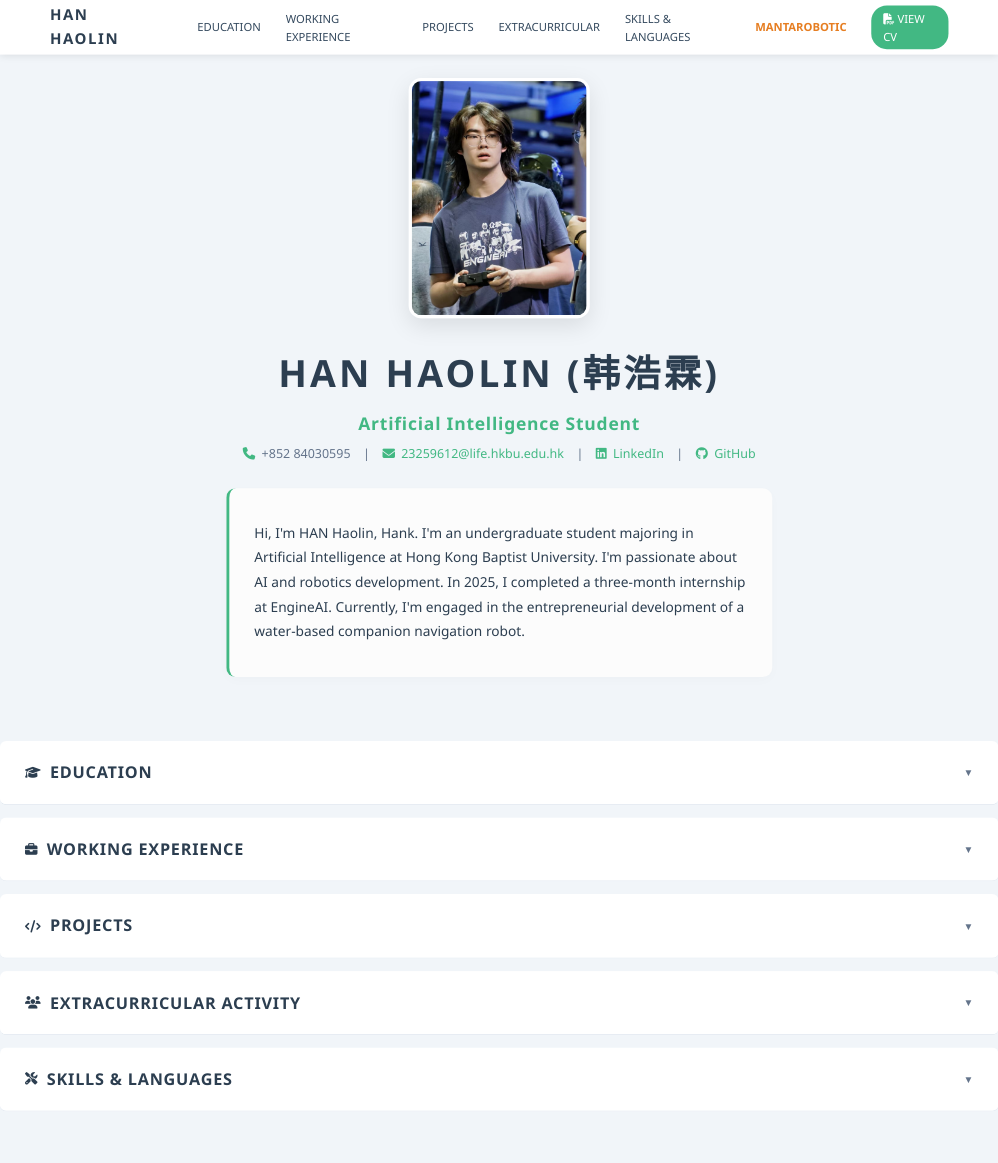
Repository: hhl2802149944-afk/hhl2802149944-afk.github.io
Page: /
The author's editor kept a copy of each file at every save. The page is drawn from the files as they stood at one save, then again after the next save.
The browser window is 1280 px wide. The pictures show the whole page, at 78% of full size.
The project was rebuilt for these pictures with package versions that can differ from the ones it lists, and the page was loaded fresh each time. Also part of the build but not shown: vite.config.js, src/components/ProjectCard.vue, src/views/MantaRoboticView.vue.

Above is the page before, as saved 2026-01-22 11:29:07.

After the next save:
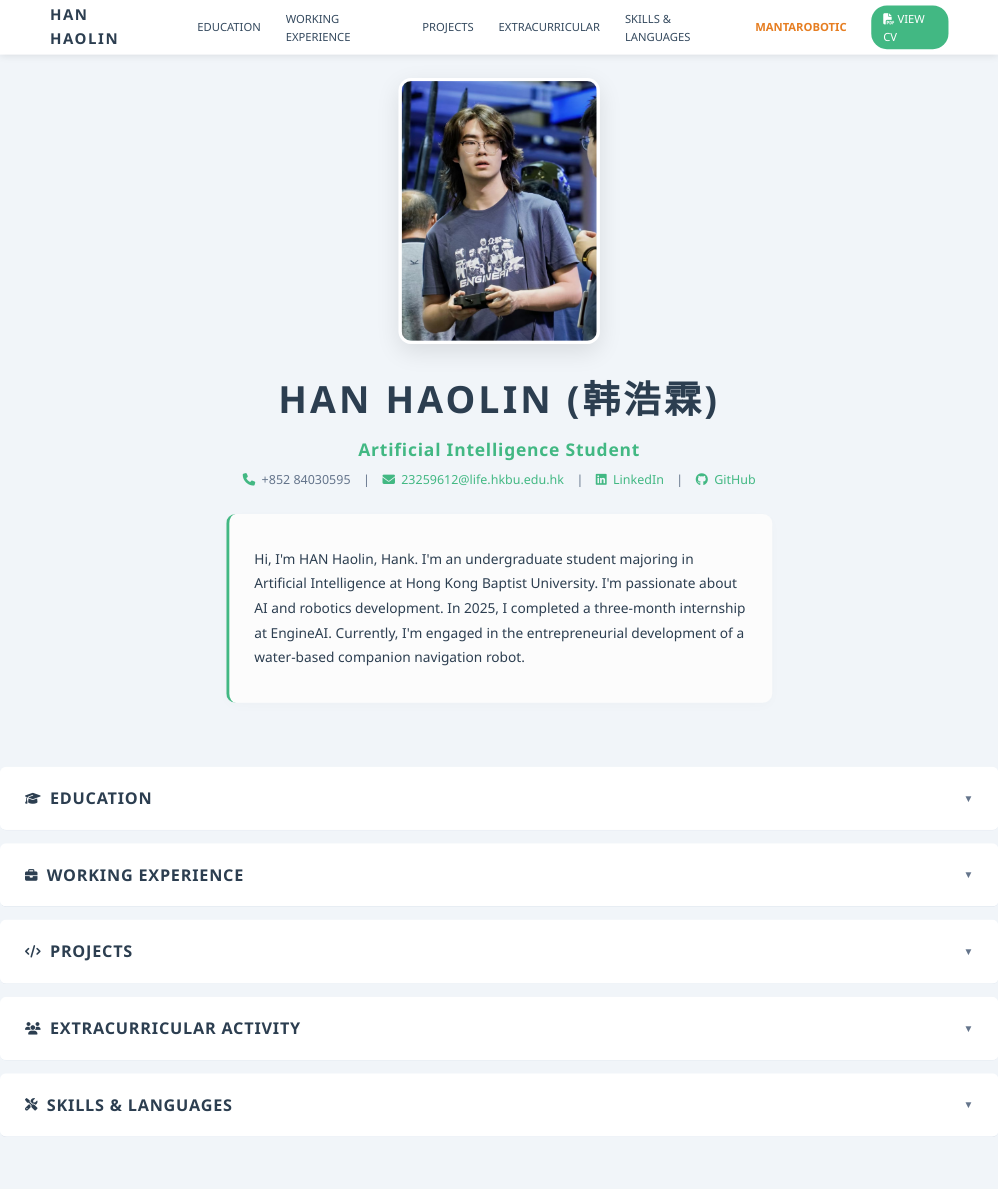
Saved 19 s later.
--- a/src/components/ResumeHeader.vue
+++ b/src/components/ResumeHeader.vue
@@ -95,8 +95,8 @@ h1 {
 }
 
 .profile-pic-container {
-  width: 224px;
-  height: 300px;
+  width: 250px;
+  height: 333px;
   border-radius: 16px;
   overflow: hidden;
   box-shadow: 0 10px 30px rgba(0,0,0,0.1);
